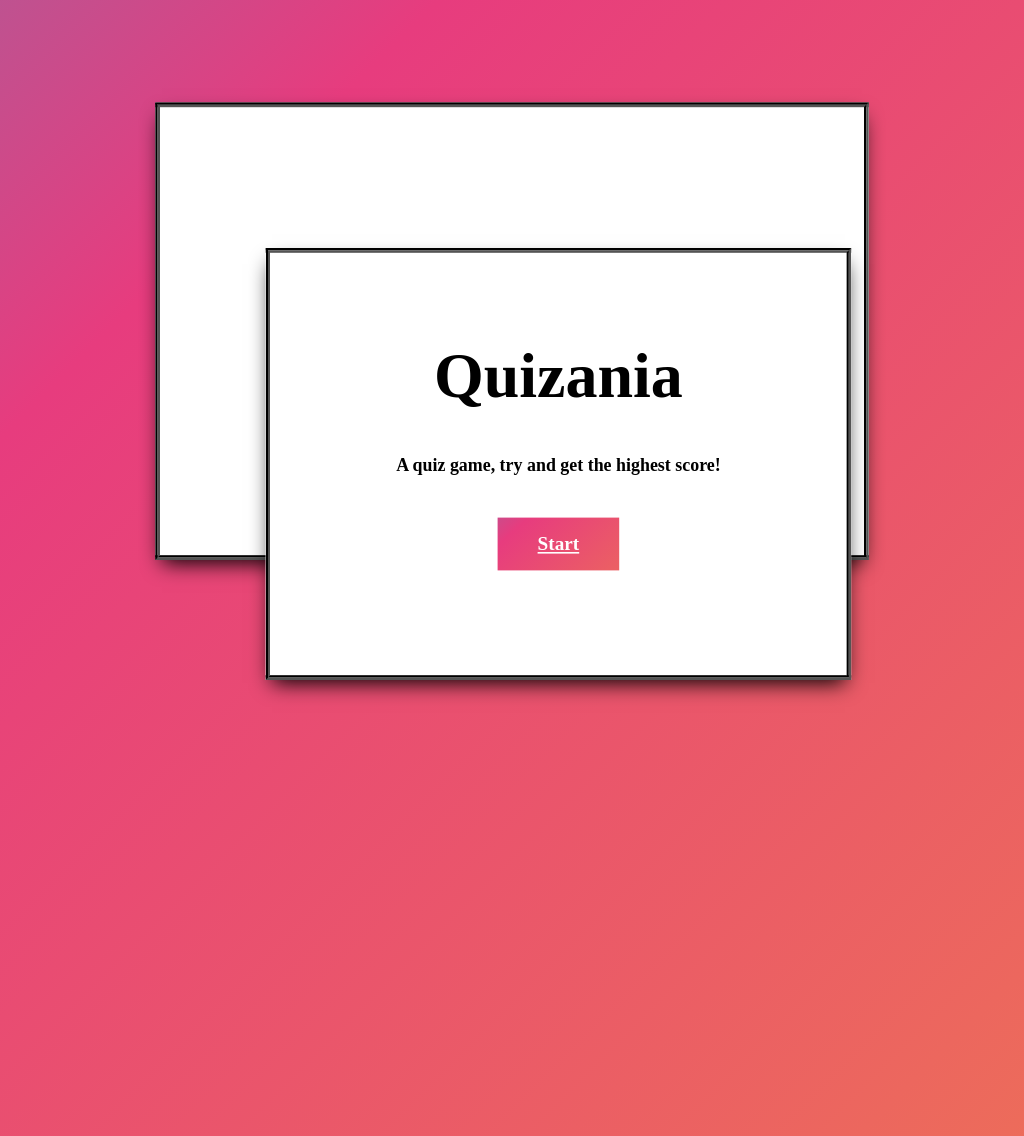
Repository: PatrickTheCodeGuy/QuizApp
Page: /questions (app in quizapp/)
An editor plug-in stored every save of this project. The page is shown before and after a run of saves, followed by the edit.
The browser window is 1280 px wide. The pictures show the whole page, at 80% of full size.
The page's requests for data from a server got no answer. The project was rebuilt for these pictures with package versions that can differ from the ones it lists, and the page was loaded fresh each time. A package was used in the major version that the imports need, not the one package.json lists. No one was signed in, and anything a server would have sent is missing. Also part of the build but not shown: quizapp/src/App.css, quizapp/src/components/Leaderboard/Leaderboard.css, quizapp/src/components/Leaderboard/Leaderboard.js, quizapp/src/App.js, quizapp/src/components/GameInfo/GameInfo.css, quizapp/src/components/GameInfo/GameInfo.js, quizapp/src/components/QuestionContainer/QuestionComponent/QuestionComponent.css, quizapp/src/components/QuestionContainer/QuestionComponent/QuestionComponent.js.

Above is the page before, as saved 2021-07-10 16:58:35.

### quizapp/src/index.js
import React from 'react';
import ReactDOM from 'react-dom';
import './index.css';

// Component Imports
import App from './App';
import GameInfo from './components/GameInfo/GameInfo';
import QuestionContainer from './components/QuestionContainer/QuestionContainer';

//Web vital import
import reportWebVitals from './reportWebVitals';

// Library Imports
import {
  BrowserRouter as Router,
  Switch,
  Route,
  Link
} from "react-router-dom";

ReactDOM.render(
  <React.StrictMode>
    <Router>
          <Switch>
              <Route exact path="/" component={App}/>
              <Route path="/newGame" component={GameInfo}/>
              <Route path="/questions" component={QuestionContainer} />
          </Switch>
      </Router>
  </React.StrictMode>,
  document.getElementById('root')
);

// If you want to start measuring performance in your app, pass a function
// to log results (for example: reportWebVitals(console.log))
// or send to an analytics endpoint. Learn more: https://bit.ly/CRA-vitals
reportWebVitals();

### quizapp/src/index.css
body {
  margin: 0;
  font-family: -apple-system, BlinkMacSystemFont, 'Segoe UI', 'Roboto', 'Oxygen',
    'Ubuntu', 'Cantarell', 'Fira Sans', 'Droid Sans', 'Helvetica Neue',
    sans-serif;
  -webkit-font-smoothing: antialiased;
  -moz-osx-font-smoothing: grayscale;
  background: linear-gradient(-45deg, #ee7752, #e73c7e, #23a6d5, #23d5ab);
    background-size: 400% 400%;
    animation: gradient 15s ease infinite;
}

code {
  font-family: source-code-pro, Menlo, Monaco, Consolas, 'Courier New',
    monospace;
}
html, body, #app, #app>div {
  width: 100%;
  height:100%;
}

hr.rounded {
  border-top: 5px solid black;
    border-radius: 1px;
    width: 55%;
}

#root{
  display:flex;
}


@keyframes gradient {
    0% {
        background-position: 0% 50%;
    }
    50% {
        background-position: 100% 50%;
    }
    100% {
        background-position: 0% 50%;
    }
}

### quizapp/src/components/QuestionContainer/QuestionContainer.js
import React, { useEffect, useState } from 'react';
import './QuestionContainer.css';
import QuestionComponent from './QuestionComponent/QuestionComponent';
import StartMenu from '../StartMenu/StartMenu';

function QuestionContainer() {

    const [questions, setQuestions] = useState([])
    let [isGameOver, setIsGameOver ] = useState(false);
    let [answeredCorrectly, setAnsweredCorrectly ] = useState(false)
    let [currentIndex, setCurrentIndex] = useState(0);
    let [isLoaded, setIsLoaded ] = useState();
    let [score, setScore] = useState(0);

    useEffect(async() => {
          const response = await fetch('https://opentdb.com/api.php?amount=10')
          const data = await response.json();
          const results = data.results;
          setQuestions(results);
          setIsLoaded(true)

    }, []);

    useEffect(() => {
        console.log("firing off in use Effect for answered", answeredCorrectly)
        if(answeredCorrectly === true){
            setCurrentIndex(currentIndex + 1)
            console.log("current index: ", currentIndex);
        } else {
            // set logic for game over here.
            setIsGameOver(true);
        }
    }, [answeredCorrectly])


    // TODO: Add new component to render out questions.

    return(
            <div className="question-container">
                {isGameOver ? <StartMenu /> :
                    <div>
                        {isLoaded ? <QuestionComponent
                            totalQuestions={currentIndex + 1}
                            question={questions[currentIndex]}
                            setAnsweredCorrectly={setAnsweredCorrectly}
                            answer={questions[currentIndex]['correct_answer']}
                            incorrect={questions[currentIndex]['incorrect_answers']}
                        /> : <h1>Please wait...</h1>}
                    </div>
                }
            </div>
            )

}

export default QuestionContainer;

### quizapp/src/components/StartMenu/StartMenu.js
import React from 'react';
import './StartMenu.css';

// Lib Imports.
import { Link } from 'react-router-dom';


class StartMenu extends React.Component {
    constructor(props){
        super(props);
        // TODO
        // determine if need logic here, may just need to be a functional component.
    }

    render(){
        return (
            <div className="menu-container">
                <h1 className="menu-text">Quizania</h1>
                <p className="regular-text">A quiz game, try and get the highest score!</p>
                <Link to='/newGame' className="button-start">Start</Link>
            </div>
        )
    }
}

export default StartMenu;

### quizapp/src/components/QuestionContainer/QuestionContainer.css
/* css goes here */

.question-container {
    font-family: 'Press Start 2P', cursive;
    border: 6px groove black;
    text-align: center;
    background-color: white;
    box-shadow: 0px 12px 25px -8px #000000;
    width: 55em;
    height: 35em;
    margin: 10% auto 0;
}

### quizapp/src/components/StartMenu/StartMenu.css
.menu-text{
    font-family: 'Press Start 2P', cursive;
    font-size: 5em;
    margin-top: 15%;
}


.regular-text{
    font-family: 'Press Start 2P', cursive;
    font-weight:900;
    font-size: 1.4em;
    margin-bottom: 10%;
    cursor:default;
}

.button-start{
    padding: 20px 50px;
    font-family: 'Press Start 2P', cursive;
    height: 12%;
    background: linear-gradient(-42deg, #ee7752, #e73c7e, #23a6d5, #23d5ab);
    background-size: 400% 400%;
    animation: gradient 13s ease infinite;
    margin-top: 5%;
    color: white;
    border: none;
    font-size: x-large;
    font-weight: 600;
    transition: background-color 0.1s ease;
}

.button-start:hover{
    background: linear-gradient(-42deg, #a45137, #91254e, #15607b, #158268);
    background-size: 400% 400%;
    animation: gradient 13s ease infinite;
    color: black;
}

.button-start:active {
    border: 2px solid rgba(0, 0, 0, 0.564);
    background: white;
    color: rgb(43, 43, 43);
    transform: translateY(4px);
}

.menu-container{
    border: 6px groove black;
    text-align: center;
    background-color: white;
    box-shadow: 0px 12px 25px -8px #000000;
    width: 45em;
    height: 33em;
    margin: 20% 15%;
}

Loaded but not shown: quizapp/src/reportWebVitals.js (common file)

After the next 2 saves:
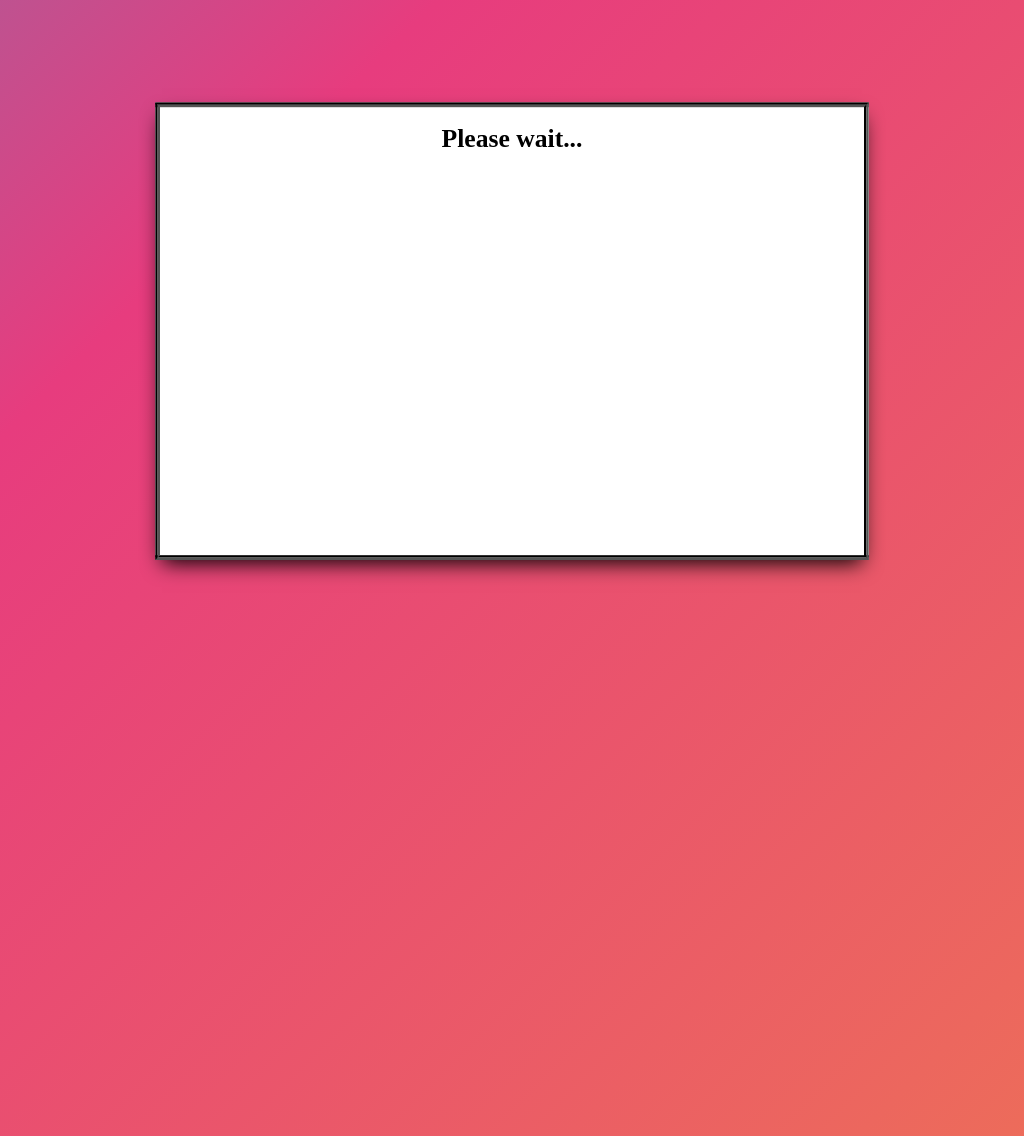
The 2 saves are shown as one change because they came seconds apart.
The last was saved 51 s later.
--- a/quizapp/src/components/QuestionContainer/QuestionContainer.js
+++ b/quizapp/src/components/QuestionContainer/QuestionContainer.js
@@ -1,12 +1,10 @@
 import React, { useEffect, useState } from 'react';
 import './QuestionContainer.css';
 import QuestionComponent from './QuestionComponent/QuestionComponent';
-import StartMenu from '../StartMenu/StartMenu';
 
 function QuestionContainer() {
 
     const [questions, setQuestions] = useState([])
-    let [isGameOver, setIsGameOver ] = useState(false);
     let [answeredCorrectly, setAnsweredCorrectly ] = useState(false)
     let [currentIndex, setCurrentIndex] = useState(0);
     let [isLoaded, setIsLoaded ] = useState();
@@ -28,7 +26,8 @@ function QuestionContainer() {
             console.log("current index: ", currentIndex);
         } else {
             // set logic for game over here.
-            setIsGameOver(true);
+            setCurrentIndex(currentIndex + 1);
+            console.log("current index: ", currentIndex);
         }
     }, [answeredCorrectly])
 
@@ -37,17 +36,13 @@ function QuestionContainer() {
 
     return(
             <div className="question-container">
-                {isGameOver ? <StartMenu /> :
-                    <div>
-                        {isLoaded ? <QuestionComponent
-                            totalQuestions={currentIndex + 1}
-                            question={questions[currentIndex]}
-                            setAnsweredCorrectly={setAnsweredCorrectly}
-                            answer={questions[currentIndex]['correct_answer']}
-                            incorrect={questions[currentIndex]['incorrect_answers']}
-                        /> : <h1>Please wait...</h1>}
-                    </div>
-                }
+            {isLoaded ? <QuestionComponent
+                    totalQuestions={currentIndex + 1}
+                    question={questions[currentIndex]}
+                    setAnsweredCorrectly={setAnsweredCorrectly}
+                    answer={questions[currentIndex]['correct_answer']}
+                    incorrect={questions[currentIndex]['incorrect_answers']}
+                 /> : <h1>Please wait...</h1>}
             </div>
             )
 
